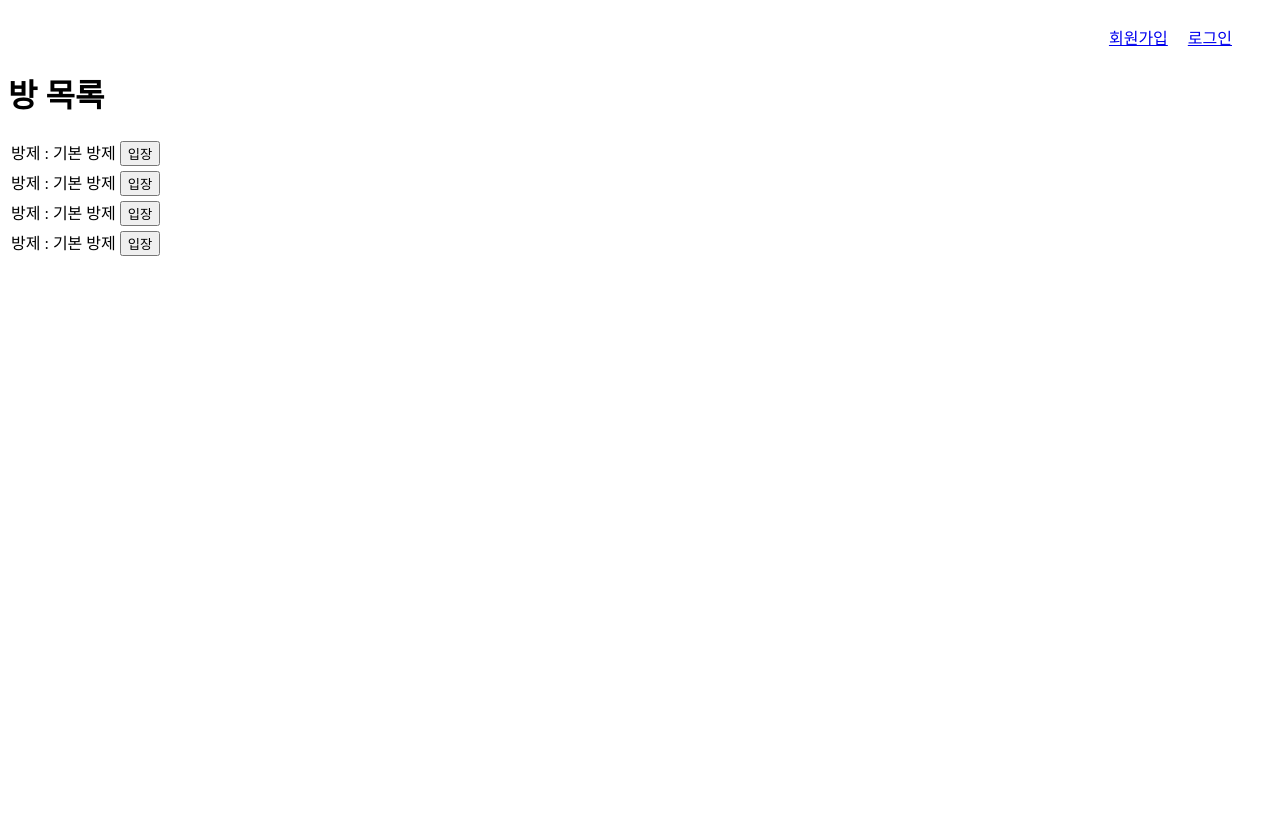
Repository: castar2001kr/DRAW
Page: http://localhost/DRAW/dynamic/index.jsp
An editor plug-in stored every save of this project. The page is shown before and after the next save, followed by the edit.
The browser window is 1280 px wide. The pictures show the whole page.
The page is served by Tomcat 9. Other server files are loaded and not shown.

Above is the page before, as saved 2022-09-19 08:22:33.

### DRAW/src/main/webapp/dynamic/index.jsp
<%@ page language="java" contentType="text/html; charset=EUC-KR"
    pageEncoding="EUC-KR"%>

  <%@ page import="user.userService" %>



<!DOCTYPE html>
<html lang="en">
<head>
    <meta charset="UTF-8">
    <meta http-equiv="X-UA-Compatible" content="IE=edge">
    <meta name="viewport" content="width=device-width, initial-scale=1.0">
    <title>Document</title>

    <link rel="stylesheet" href="/DRAW/dynamic/index.css">


</head>
<body>

    <nav>
        <ul class="nav1">

        	<%if(session.getAttribute("id")!=null){
        		%>
        		<li><a href="DRAW/logout">로그아웃</a></li>
        		<%

        	}%>
            <li><a href="/DRAW/dynamic/login.jsp">로그인</a></li>
            <li><a href="/DRAW/dynamic/registration.jsp">회원가입</a></li>

        </ul>

    </nav>

    <div class="index_content">

    	<h1 class="m1">방 목록</h1>
    	<div id="roomContainer">

    	<table>

    		<tr>

    			<td>
    				방제 : <label for="enter">기본 방제</label>&nbsp<button name="enter">입장</button>
    			</td>

    		</tr>
    		<tr>

    			<td>
    				방제 : <label for="enter">기본 방제</label>&nbsp<button name="enter">입장</button>
    			</td>

    		</tr>
    		<tr>

    			<td>
    				방제 : <label for="enter">기본 방제</label>&nbsp<button name="enter">입장</button>
    			</td>

    		</tr>
    		<tr>

    			<td>
    				방제 : <label for="enter">기본 방제</label>&nbsp<button name="enter">입장</button>
    			</td>

    		</tr>

    	</table>






    	</div>




    </div>






</body>
</html>

### DRAW/src/main/webapp/dynamic/index.css
.nav1{
    list-style: none;


}

 .nav1,.nav1 li{
    float: right;
    line-height: 30px;
    text-align: center;
    margin-right: 20px;
}

.m1{
	clear:both;
}

.index_content{

	height : 800px;

}

.room{

	height : 200px;
	width : 400px;

}

After the next save:
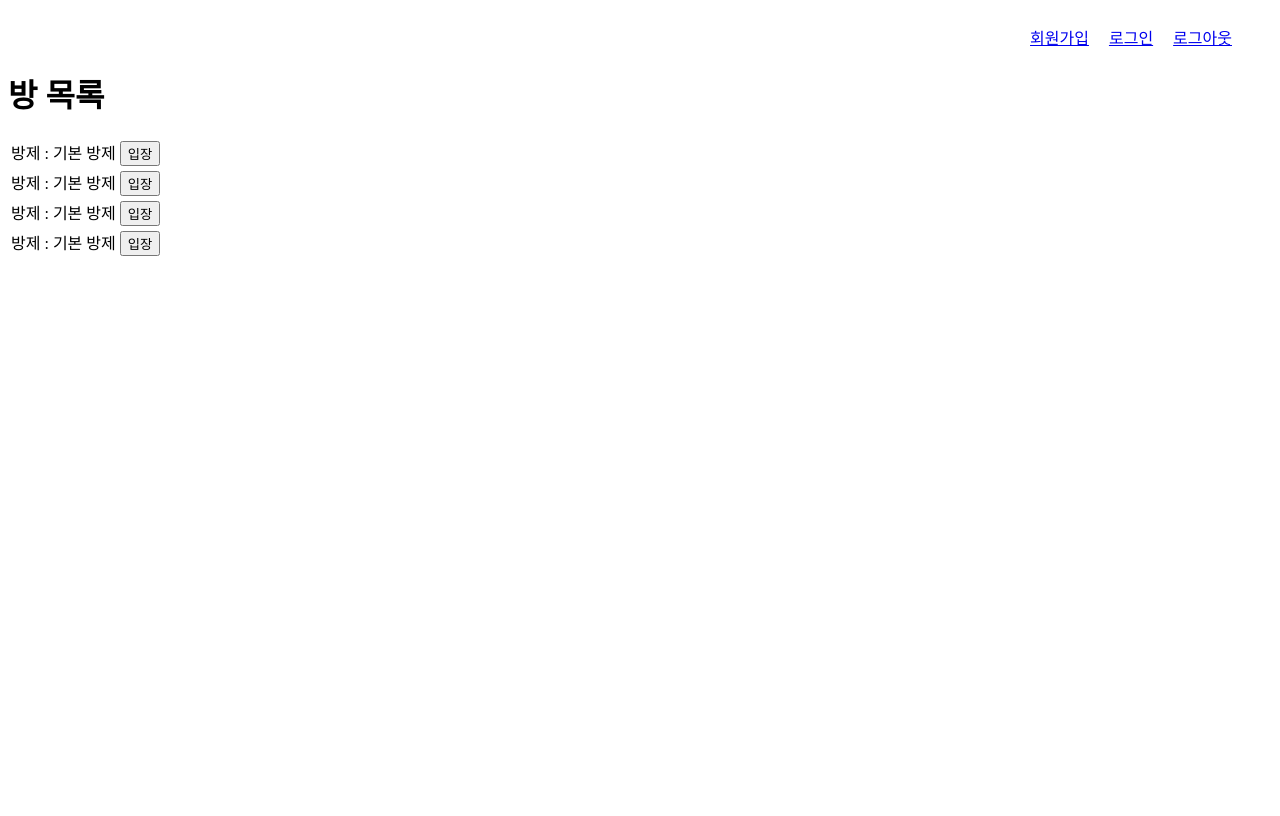
Saved 33 s later.
--- a/DRAW/src/main/webapp/dynamic/index.jsp
+++ b/DRAW/src/main/webapp/dynamic/index.jsp
@@ -27,7 +27,13 @@
         		<li><a href="DRAW/logout">로그아웃</a></li>
         		<%
 
+        	}else{
+        		%>
+        		<li><a href="DRAW/logout">로그아웃</a></li>
+        		<%
+
         	}%>
+
             <li><a href="/DRAW/dynamic/login.jsp">로그인</a></li>
             <li><a href="/DRAW/dynamic/registration.jsp">회원가입</a></li>
 

After the save that followed:
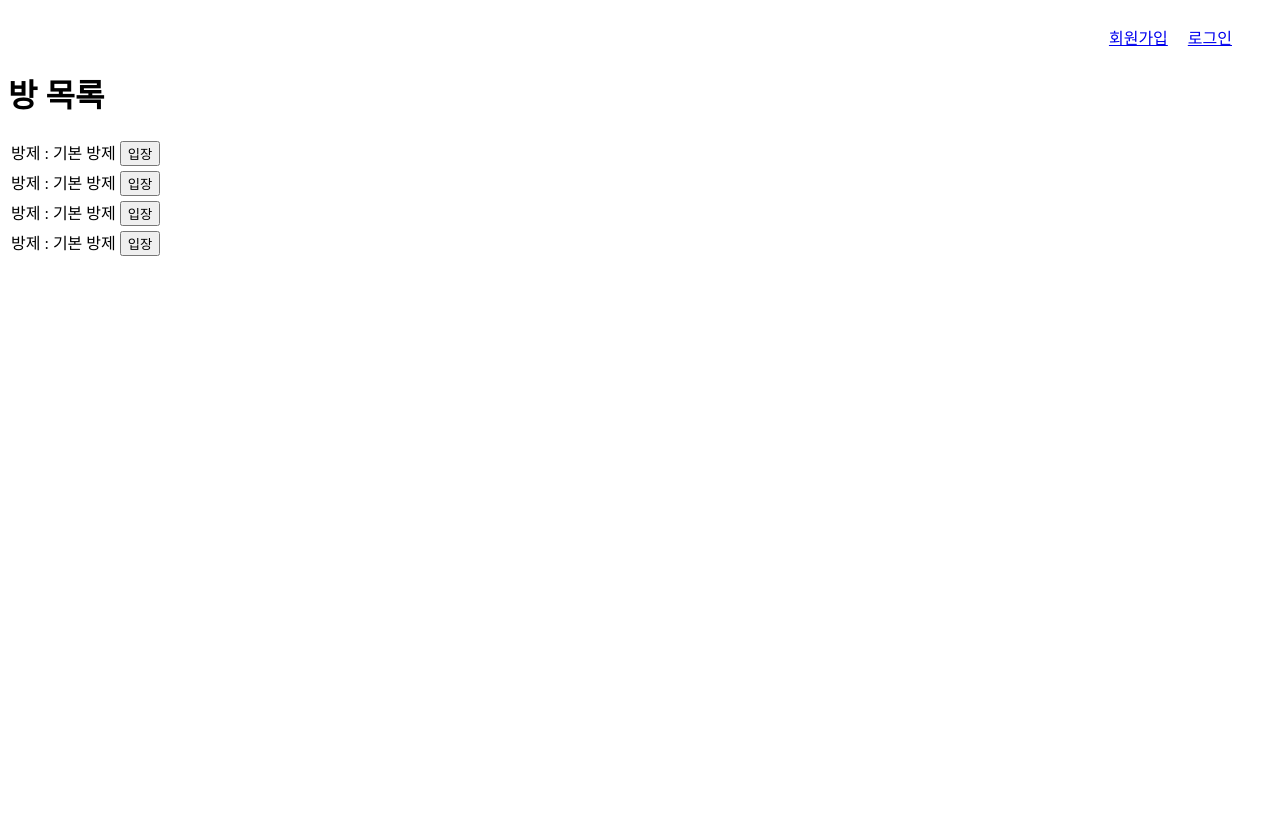
Saved 78 s later.
--- a/DRAW/src/main/webapp/dynamic/index.jsp
+++ b/DRAW/src/main/webapp/dynamic/index.jsp
@@ -29,13 +29,13 @@
 
         	}else{
         		%>
-        		<li><a href="DRAW/logout">로그아웃</a></li>
+        		 <li><a href="/DRAW/dynamic/login.jsp">로그인</a></li>
+            <li><a href="/DRAW/dynamic/registration.jsp">회원가입</a></li>
         		<%
 
         	}%>
 
-            <li><a href="/DRAW/dynamic/login.jsp">로그인</a></li>
-            <li><a href="/DRAW/dynamic/registration.jsp">회원가입</a></li>
+
 
         </ul>
 
